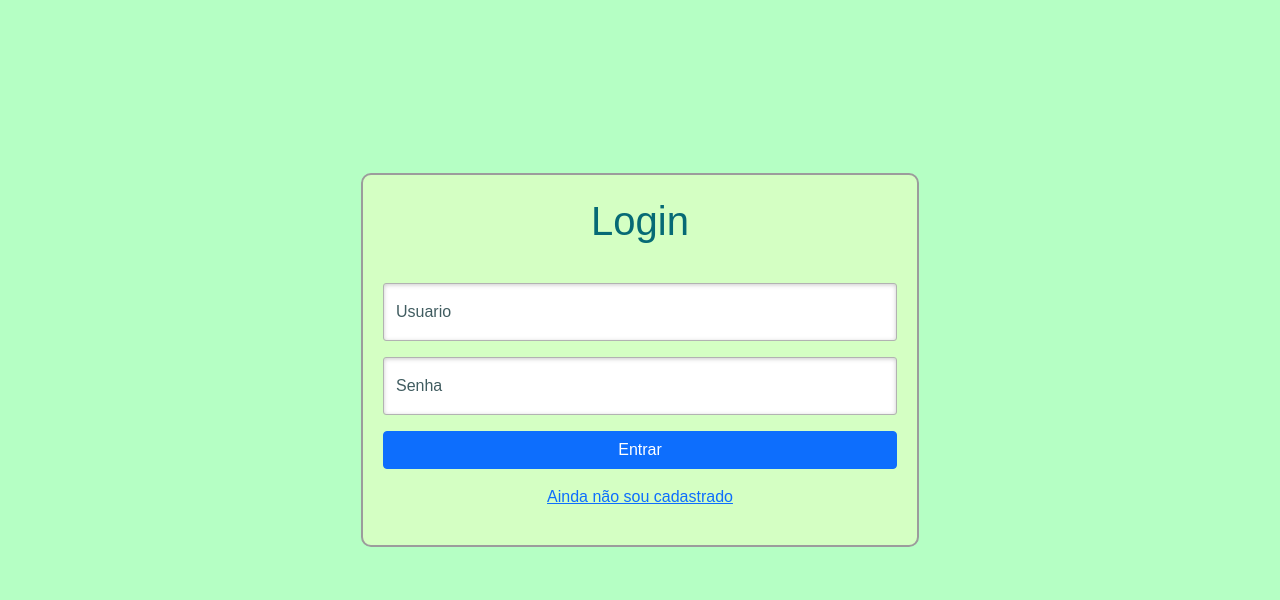
Repository: DavidCostaMariano/gsjava
Page: http://localhost/GsJava/form/formAgendarConsulta.jsp
An editor plug-in stored every save of this project. The page is shown before and after the next save, followed by the edit.
The browser window is 1280 px wide. The pictures show the whole page.
The page is served by Tomcat 9. Other server files are loaded and not shown.

Above is the page before, as saved 2023-11-15 19:13:17.

### GsJava/src/main/webapp/form/formAgendarConsulta.jsp
<%@ page language="java" contentType="text/html; charset=UTF-8"
	pageEncoding="UTF-8"%>
<!DOCTYPE html>
<html>
<head>
<meta charset="ISO-8859-1">
<title>Cliente - Agendar Consulta</title>
<meta name="viewport" content="width=device-width, initial-scale=1.0">
<link rel="stylesheet" type="text/css" href="css/estilo.css" />
<link
	href="https://cdn.jsdelivr.net/npm/bootstrap@5.0.2/dist/css/bootstrap.min.css"
	rel="stylesheet"
	integrity="sha384-EVSTQN3/azprG1Anm3QDgpJLIm9Nao0Yz1ztcQTwFspd3yD65VohhpuuCOmLASjC"
	crossorigin="anonymous">

</head>

<body>
	<div class="container">

		<form method="post" action="login">
			<h1>Login</h1>
			<div class="form-floating mb-3">
				<input type="text" name="floatingInputLogin"
					class="form-control w-100" id="floatingInputLogin"
					placeholder="name@example.com"> <label
					for="floatingInputLogin">Usuario</label>
			</div>
			<div class="form-floating mb-3">
				<input type="password" name="floatingInputSenha"
					class="form-control w-100" id="floatingInputSenha"
					placeholder="MinhaSenha"> <label for="floatingInput">Senha</label>
			</div>
			<div class="d-flex justify-content-center row">
				<div class="col-12">

					<button type="submit" class="btn btn-primary w-100">Entrar</button>
				</div>
				<div class="col-12 text-center pt-3">
					<p>
						<a href="form/formCadastro.jsp">Ainda não sou cadastrado</a>
					</p>

				</div>
			</div>
		</form>
	</div>
	<script
		src="https://cdn.jsdelivr.net/npm/bootstrap@5.0.2/dist/js/bootstrap.bundle.min.js"
		integrity="sha384-MrcW6ZMFYlzcLA8Nl+NtUVF0sA7MsXsP1UyJoMp4YLEuNSfAP+JcXn/tWtIaxVXM"
		crossorigin="anonymous"></script>

</body>

</html>

### GsJava/src/main/webapp/css/estilo.css
@charset "ISO-8859-1";

body {
    height: 100vh;
    background-color: #54ff776e!important;
}

*,
*:before,
*:after {
    margin: 0;
    padding: 0;
    font-family: Arial, sans-serif;
}

/* remove a linha dos links */
a {
    text-decoration: none;
}
/* esconde as ancoras da tela */
a.links {
    display: none;
}
form{
    width: 50%;
    border: 2px #9c9c9c solid;
    border-radius: 10px;
    padding: 20px;
    background-color: #fdffc06e;
}
.container {
    height: 100%;
    display: flex;
    justify-content: center;
    align-items: center;
}

.content {
    width: 500px;
    min-height: 560px;
    margin: 0px auto;
    position: relative;
}

h1 {
    font-size: 48px;
    color: #066a75;
    padding: 2px 0 10px 0;
    font-family: Arial, sans-serif;
    font-weight: bold;
    text-align: center;
    padding-bottom: 30px;
}

/* h1:after {
    content: ' ';
    display: block;
    width: 100%;
    height: 2px;
    margin-top: 10px;
    background: -webkit-linear-gradient(left, rgba(147, 184, 189, 0) 0%, rgba(147, 184, 189, 0.8) 20%, rgba(147, 184, 189, 1) 53%, rgba(147, 184, 189, 0.8) 79%, rgba(147, 184, 189, 0) 100%);
    background: linear-gradient(left, rgba(147, 184, 189, 0) 0%, rgba(147, 184, 189, 0.8) 20%, rgba(147, 184, 189, 1) 53%, rgba(147, 184, 189, 0.8) 79%, rgba(147, 184, 189, 0) 100%);
}
 */
p {
    margin-bottom: 15px;
}

.content p:first-child {
    margin: 0px;
}

label {
    color: #405c60;
    position: relative;
}

/* placeholder */
::-webkit-input-placeholder {
    color: #bebcbc;
    font-style: italic;
}

input:-moz-placeholder,
textarea:-moz-placeholder {
    color: #bebcbc;
    font-style: italic;
}

input {
    outline: none;
}

/*estilo dos input,  menos o checkbox */
input:not([type="checkbox"]) {
    width: 95%;
    margin-top: 4px;
    padding: 10px;
    border: 1px solid #b2b2b2;

    -webkit-border-radius: 3px;
    border-radius: 3px;

    -webkit-box-shadow: 0px 1px 4px 0px rgba(168, 168, 168, 0.6) inset;
    box-shadow: 0px 1px 4px 0px rgba(168, 168, 168, 0.6) inset;

    -webkit-transition: all 0.2s linear;
    transition: all 0.2s linear;
}

/*estilo do botão submit */
input[type="submit"] {
    width: 100% !important;
    cursor: pointer;
    background: rgb(61, 157, 179);
    padding: 8px 5px;
    color: #fff;
    font-size: 20px;
    border: 1px solid #fff;
    margin-bottom: 10px;
    text-shadow: 0 1px 1px #333;

    -webkit-border-radius: 5px;
    border-radius: 5px;

    transition: all 0.2s linear;
}

/*estilo do botão submit no hover */
input[type="submit"]:hover {
    background: #4ab3c6;
}

.link {
    position: absolute;
    background: #e1eaeb;
    color: #7f7c7c;
    left: 0px;
    height: 20px;
    width: 440px;
    padding: 17px 30px 20px 30px;
    font-size: 16px;
    text-align: right;
    border-top: 1px solid #dbe5e8;

    -webkit-border-radius: 0 0 5px 5px;
    border-radius: 0 0 5px 5px;
}

.link a {
    font-weight: bold;
    background: #f7f8f1;
    padding: 6px;
    color: rgb(29, 162, 193);
    margin-left: 10px;
    border: 1px solid #cbd518;

    -webkit-border-radius: 4px;
    border-radius: 4px;

    -webkit-transition: all 0.4s linear;
    transition: all 0.4s linear;
}

.link a:hover {
    color: #39bfd7;
    background: #f7f7f7;
    border: 1px solid #4ab3c6;
}

#cadastro,
#login {
    position: absolute;
    padding: 18px 6% 60px 6%;
    margin: 0 0 35px 0;
    background: #f7f7f7;
    border: 1px solid rgba(147, 184, 189, 0.8);
    border-radius: 5px;
}

/* Efeito ao clicar no botão ( Ir para Login ) */
#paracadastro:target~.content #cadastro,
#paralogin:target~.content #login {
    z-index: 2;
    -webkit-animation-name: fadeInLeft;
    animation-name: fadeInLeft;

    -webkit-animation-delay: .1s;
    animation-delay: .1s;
}

/* Efeito ao clicar no botão ( Cadastre-se ) */
#registro:target~.content #login,
#paralogin:target~.content #cadastro {
    -webkit-animation-name: fadeOutLeft;
    animation-name: fadeOutLeft;
}

/*fadeInLeft*/
@-webkit-keyframes fadeInLeft {
    0% {
        opacity: 0;
        -webkit-transform: translateX(-20px);
    }

    100% {
        opacity: 1;
        -webkit-transform: translateX(0);
    }
}

@keyframes fadeInLeft {
    0% {
        opacity: 0;
        transform: translateX(-20px);
    }

    100% {
        opacity: 1;
        transform: translateX(0);
    }
}

/*fadeOutLeft*/
@-webkit-keyframes fadeOutLeft {
    0% {
        opacity: 1;
        -webkit-transform: translateX(0);
    }

    100% {
        opacity: 0;
        -webkit-transform: translateX(-20px);
    }
}

@keyframes fadeOutLeft {
    0% {
        opacity: 1;
        transform: translateX(0);
    }

    100% {
        opacity: 0;
        transform: translateX(-20px);
    }
}

After the next save:
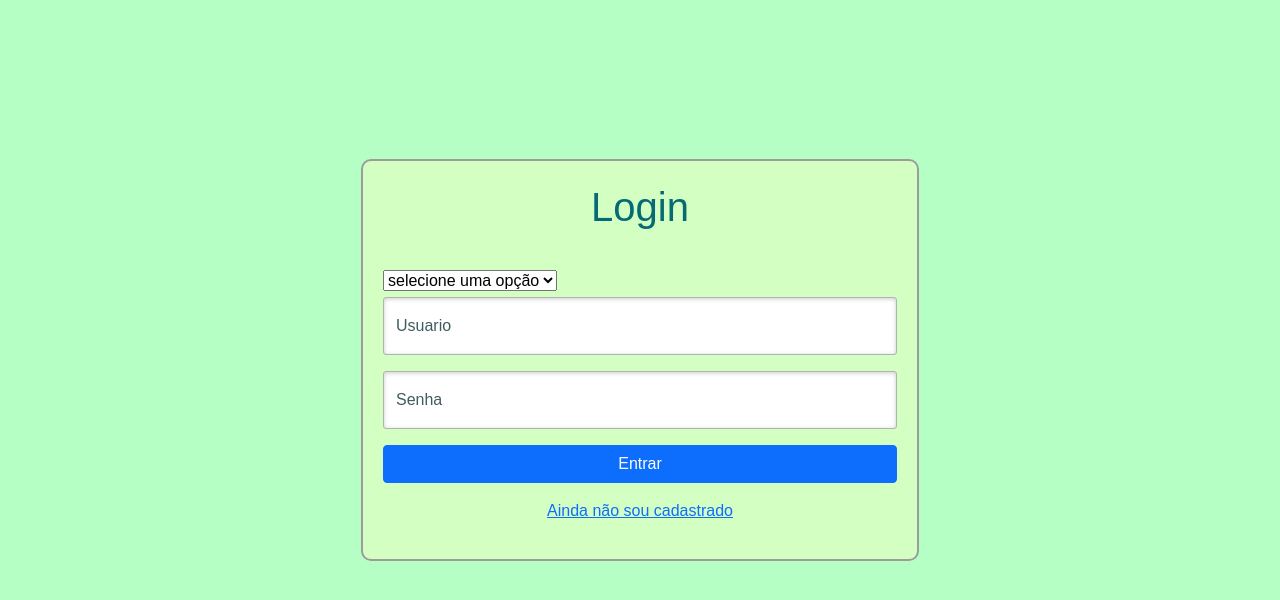
Saved 108 s later.
--- a/GsJava/src/main/webapp/form/formAgendarConsulta.jsp
+++ b/GsJava/src/main/webapp/form/formAgendarConsulta.jsp
@@ -20,6 +20,10 @@
 
 		<form method="post" action="login">
 			<h1>Login</h1>
+			<select>
+			<option value="0">selecione uma opção</option>
+			<option value="0">Neurologista</option>
+			</select>
 			<div class="form-floating mb-3">
 				<input type="text" name="floatingInputLogin"
 					class="form-control w-100" id="floatingInputLogin"
